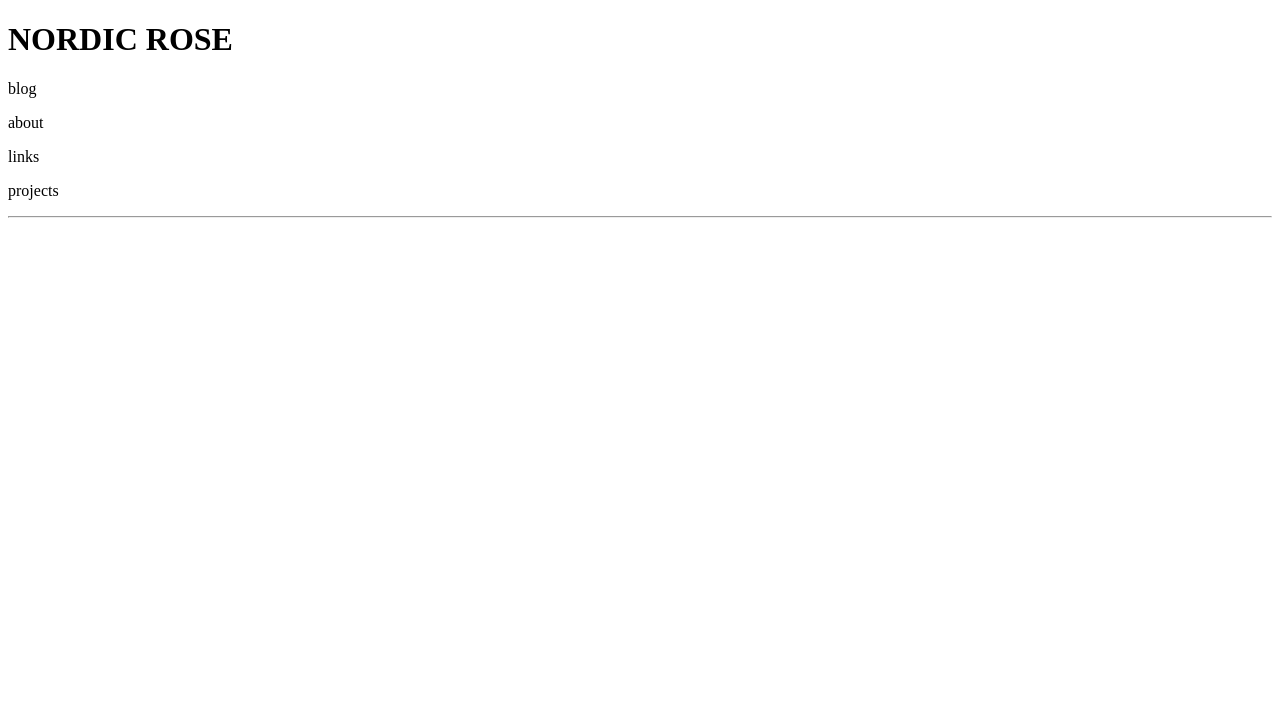
Repository: ThuTrang-jvb/JVB-BT1
Page: Page 2/listing.html
These files come from the project's save history. The page is drawn as it stood at one moment and after a run of saves; the edit follows.
The browser window is 1280 px wide. The pictures show the whole page.

Above is the page before, as saved 2025-06-24 13:42:35.

### Page 2/listing.html
<!DOCTYPE html>
<html lang="en">
<head>
    <meta charset="UTF-8">
    <meta name="viewport" content="width=device-width, initial-scale=1.0">
    <title>NORDIC ROSE</title>
</head>
<body>
    <div class="header">
        <h1>NORDIC ROSE</h1>
        <p>blog</p>
        <p>about</p>
        <p>links</p>
        <p>projects</p>
    </div>
    <hr>
    <div class="main">
        <div>
            <img src="" alt="">
        </div>
    </div>

</body>
</html>

After the next 2 saves:
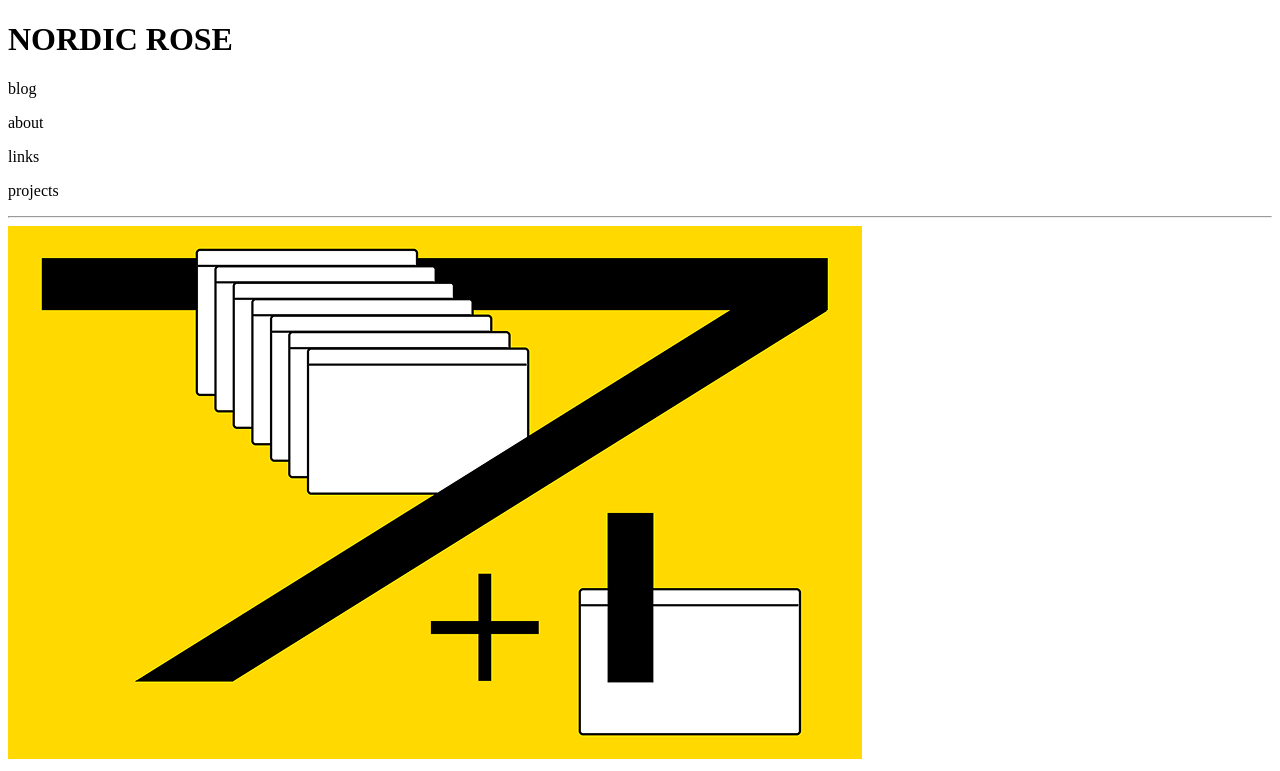
The 2 saves are shown as one change because they came seconds apart.
The last was saved 4 min 52 s later.
--- a/Page 2/listing.html
+++ b/Page 2/listing.html
@@ -16,7 +16,7 @@
     <hr>
     <div class="main">
         <div>
-            <img src="" alt="">
+            <img src="image/image 2.png" alt="">
         </div>
     </div>
 
